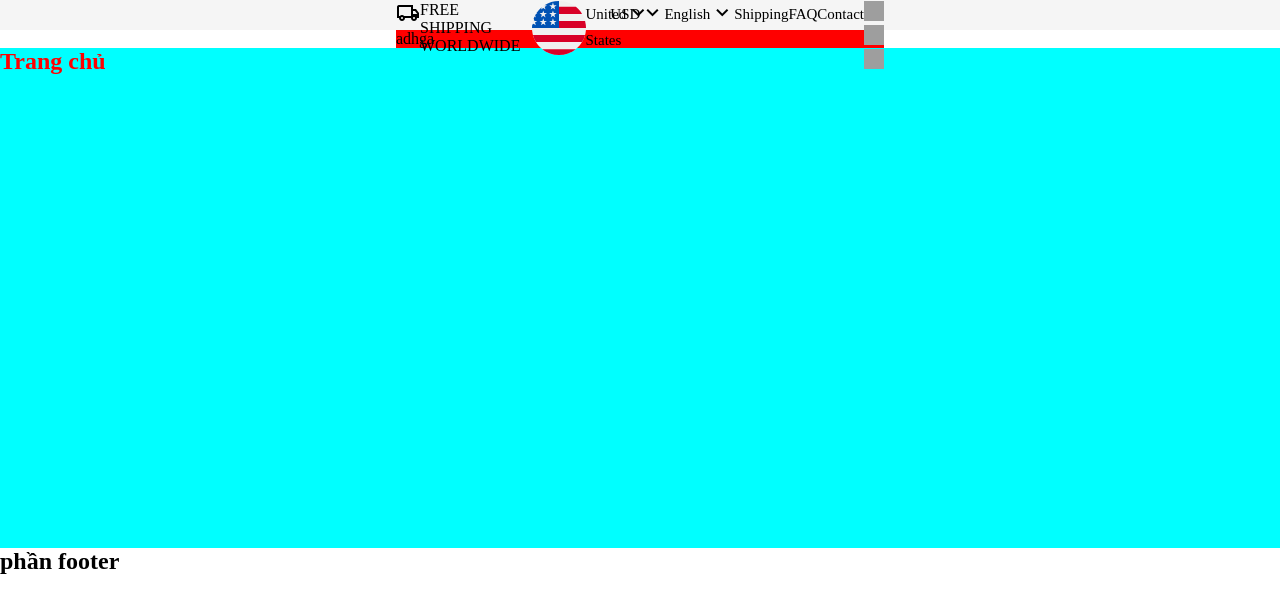
Repository: tatvanhco/shopper
Page: /
An editor plug-in stored every save of this project. The page is shown before and after the next save, followed by the edit.
The browser window is 1280 px wide. The pictures show the whole page.
Pictures or frames that could not be fetched are drawn as grey boxes. The project was rebuilt for these pictures with package versions that can differ from the ones it lists, and the page was loaded fresh each time.

Above is the page before, as saved 2022-09-24 11:48:49.

After the next save:
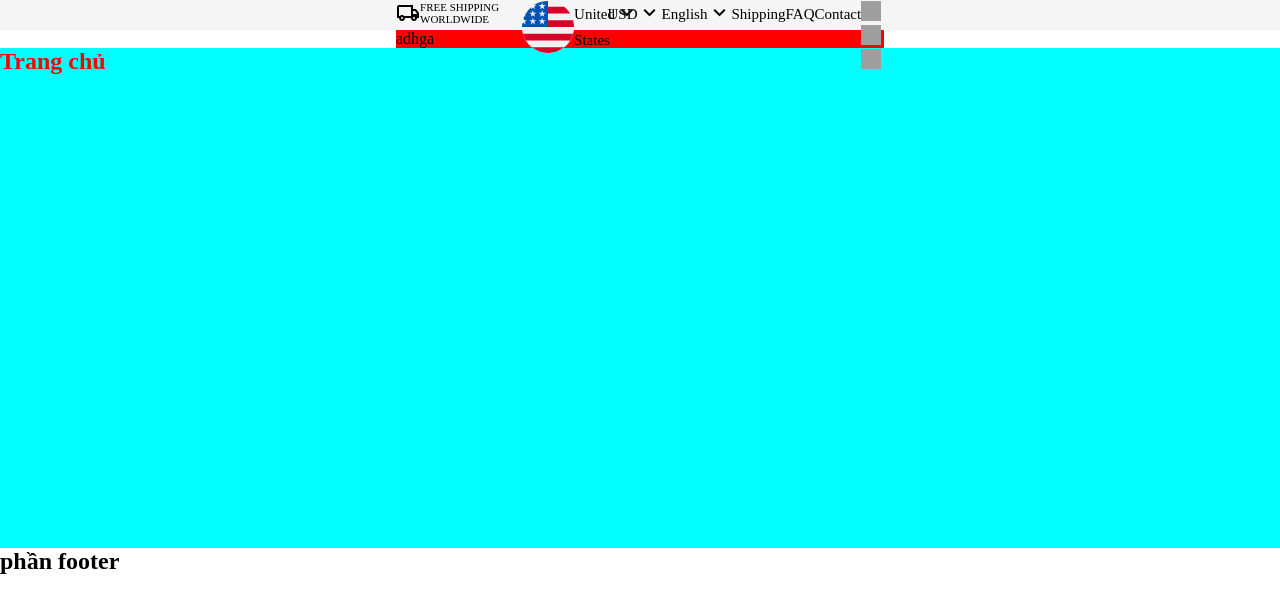
Saved 5 s later.
--- a/src/components/header/header.module.scss
+++ b/src/components/header/header.module.scss
@@ -12,6 +12,6 @@
     background-color: red;
 }
 
-.title-ship {
+.titleShip {
     font-size: 11px;
 }
